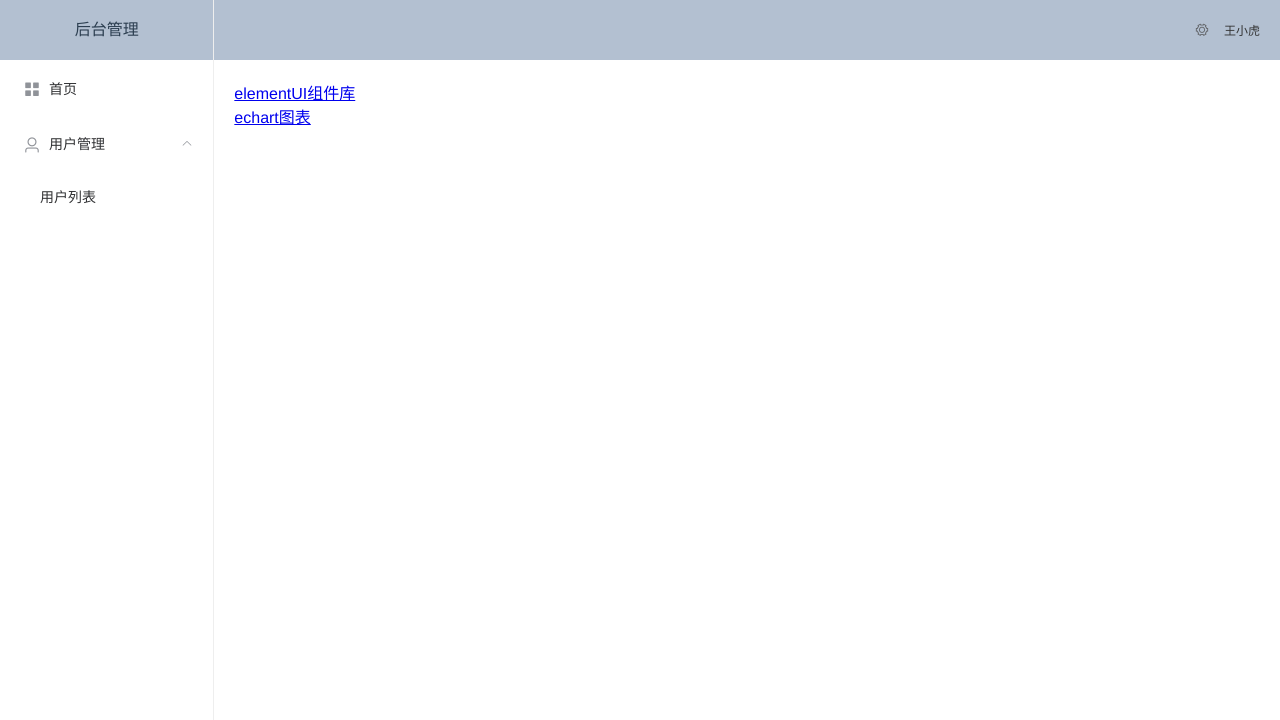
Repository: cmw520520/admin_vue
Page: /
An editor plug-in stored every save of this project. The page is shown before and after the next save, followed by the edit.
The browser window is 1280 px wide. The pictures show the whole page.
The project was rebuilt for these pictures with package versions that can differ from the ones it lists, and the page was loaded fresh each time. Also part of the build but not shown: src/page/user/UserList.vue, example/Echart.vue.

Above is the page before, as saved 2019-07-01 15:08:41.

### index.html
<!DOCTYPE html>
<html>
  <head>
    <meta charset="utf-8">
    <meta name="viewport" content="width=device-width,initial-scale=1.0">
    <title>cmw</title>
  </head>
  <body>
    <div id="app"></div>
    <!-- built files will be auto injected -->
  </body>
</html>

### src/App.vue
<template>
  <div id="app">
    <!-- <img src="./assets/logo.png"> -->
    <router-view/>
  </div>
</template>

<script>
export default {
  name: 'App'
}
</script>

<style>
#app {
  font-family: 'Avenir', Helvetica, Arial, sans-serif;
  -webkit-font-smoothing: antialiased;
  -moz-osx-font-smoothing: grayscale;
  text-align: center;
  color: #2c3e50;
  width: 100%;
  height: 100%;
  /* margin-top: 60px; */
}

body, html {
  margin: 0;
  padding: 0;
  height: 100%;
  width: 100%;
}
</style>

### src/router/index.js
import Vue from 'vue'
import Router from 'vue-router'
// import HelloWorld from '@/components/HelloWorld'
import Manage from '@/page/Manage'
import Home from '@/page/home/Home'
import UserList from '@/page/user/UserList'
import Echart from '../../example/Echart'

Vue.use(Router)

export default new Router({
  routes: [
    {
      path: '/',
      name: '',
      component: Manage,
      children: [
        {
          path: '',
          component: Home,
          meta: []
        },
        {
          path: '/user/userlist',
          component: UserList,
          meta: []
        },
        {
          path: '/example/echart',
          component: Echart,
          meta: ['图表']
        }
      ]
    }
  ]
})

### src/page/Manage.vue
<template>
  <el-container style="height: 100%;">
    <el-col :span="4" style="background-color: #ffffff;overflow:hidden;">
      <el-col>
        <div class="logo">后台管理</div>
      </el-col>
      <el-col>
        <el-slider></el-slider>
      </el-col>
    </el-col>

    <el-col :span="20" style="border-left: 1px solid #eee;overflow: auto;overflow-scrolling: touch;">
      <el-header style="text-align: right; font-size: 12px">
        <el-dropdown>
          <i class="el-icon-setting" style="margin-right: 15px"></i>
          <el-dropdown-menu slot="dropdown">
            <el-dropdown-item>查看</el-dropdown-item>
            <el-dropdown-item>新增</el-dropdown-item>
            <el-dropdown-item>删除</el-dropdown-item>
          </el-dropdown-menu>
        </el-dropdown>
        <span>王小虎</span>
      </el-header>

      <el-main>
        <transition name="fade" mode="out-in">
            <router-view></router-view>
        </transition>
      </el-main>
    </el-col>
  </el-container>
</template>

<script>
import slider from '@/components/Slider'

export default {
  name: 'manage',
  components: {
    'el-slider': slider
  }
}
</script>

<style scope>
.el-header {
  background-color: #b3c0d1;
  color: #333;
  line-height: 60px;
}

.el-aside {
  color: #333;
}

.fade-enter-active, .fade-leave-active {
    transition: opacity 0.5s, transform 0.5s;
}

.fade-enter, .fade-leave-to {
    opacity: 0;
}

/* 导航logo S */
.logo {
    height: 60px;
    line-height: 60px;
    background-color: #b3c0d1;
}
/* 导航logo E */
</style>

### src/page/home/Home.vue
<template>
    <el-row style="text-align: left;">
        <el-col>
            <a href="https://element.eleme.io/2.9/#/zh-CN/component/installation" target="_blank">elementUI组件库</a>
        </el-col>
        <el-col>
            <router-link to="/example/echart">echart图表</router-link>
        </el-col>
    </el-row>
</template>

<script>
export default {
  name: 'home'
}
</script>

<style scope>

</style>

### src/components/Slider.vue
<template>
  <el-menu :default-openeds="['1', '3']" style="border:none;text-align:left;" router>
    <label v-for="(item, index) in navMenu" :key="index">
      <el-menu-item v-if="item.isHeader" :index="item.component">
        <i :class=item.icon></i>
        <span slot="title">{{ item.name }}</span>
      </el-menu-item>

      <el-submenu v-else :index="String(index)">
        <template slot="title">
          <i :class=item.icon></i>{{ item.name }}
        </template>
        <el-menu-item v-for="(item2, index2) in item.children" :key="index2" :index="item2.component">{{ item2.name }}</el-menu-item>
      </el-submenu>
    </label>
  </el-menu>
</template>

<script>
export default {
  name: 'slider',
  data () {
    return {
      navMenu: [
        {
          isHeader: true,
          name: '首页',
          icon: 'el-icon-menu',
          component: '/'
        },
        {
          name: '用户管理',
          icon: 'el-icon-user',
          children: [
            {
              name: '用户列表',
              component: '/user/userlist'
            }
          ]
        }
      ]
    }
  }
}
</script>

<style>
</style>

Loaded but not shown: src/main.js (common file)

After the next save:
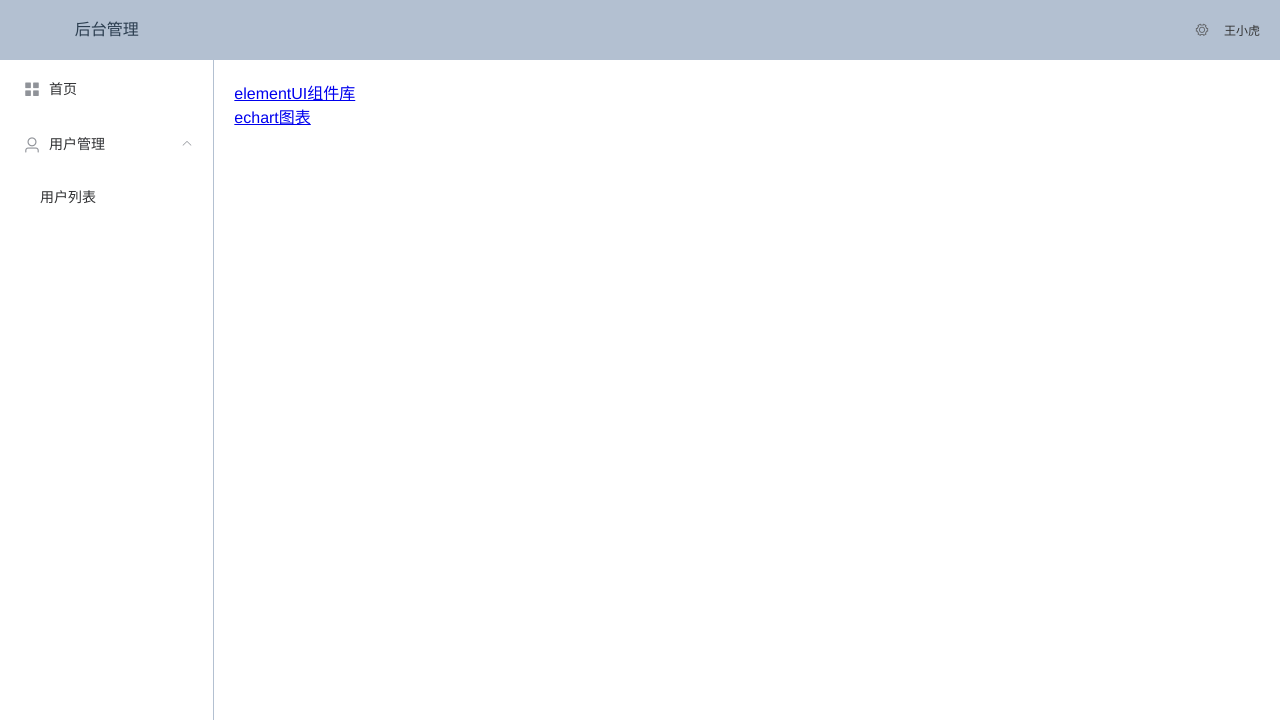
Saved 14 s later.
--- a/src/page/Manage.vue
+++ b/src/page/Manage.vue
@@ -9,7 +9,7 @@
       </el-col>
     </el-col>
 
-    <el-col :span="20" style="border-left: 1px solid #eee;overflow: auto;overflow-scrolling: touch;">
+    <el-col :span="20" style="border-left: 1px solid #b3c0d1;overflow: auto;overflow-scrolling: touch;">
       <el-header style="text-align: right; font-size: 12px">
         <el-dropdown>
           <i class="el-icon-setting" style="margin-right: 15px"></i>
